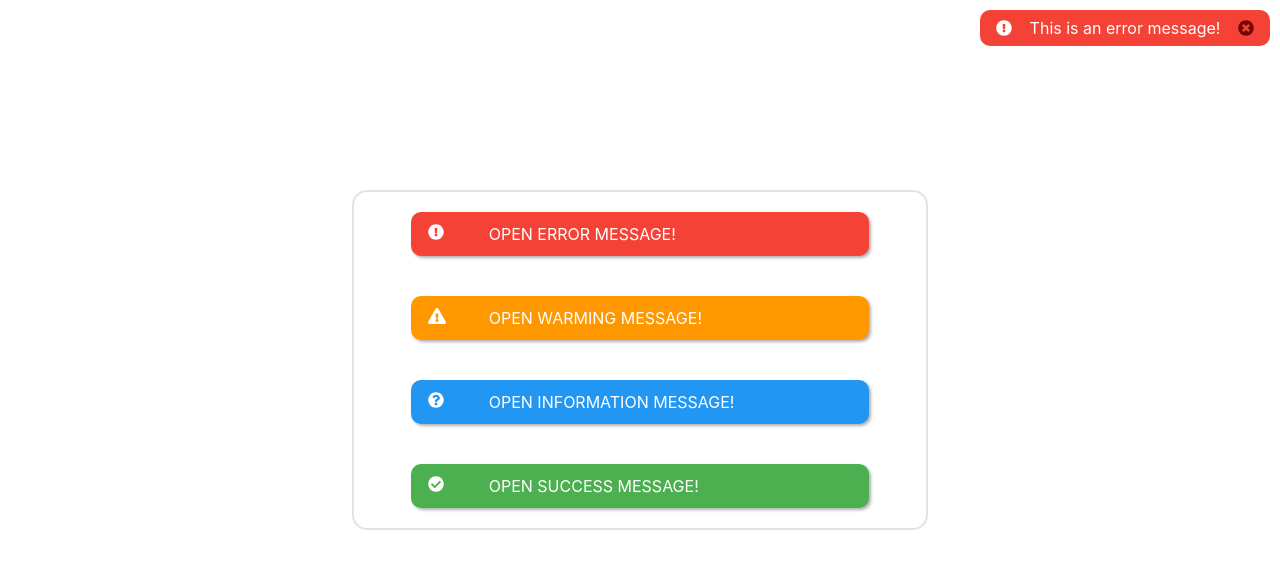
Repository: KrzysKolo/sr_tydzien5_zad2
Page: /, after clicking the first element matching `div.btn`
The author's editor kept a copy of each file at every save. The page is drawn from the files as they stood at one save, then again after the next save.
The browser window is 1280 px wide. The pictures show the whole page.
The pointer rests on the first visible `.close`.
The project was rebuilt for these pictures with package versions that can differ from the ones it lists, and the page was loaded fresh each time.

Above is the page before, as saved 2020-12-28 05:40:11.

### public/index.html
<!DOCTYPE html>
<html lang="en">
  <head>
    <meta charset="utf-8" />
    <link rel="icon" href="%PUBLIC_URL%/favicon.ico" />
    <meta name="viewport" content="width=device-width, initial-scale=1" />
    <meta name="theme-color" content="#000000" />
    <meta
      name="description"
      content="Web site created using create-react-app"
    />
    <link rel="apple-touch-icon" href="%PUBLIC_URL%/logo192.png" />
    <!--
      manifest.json provides metadata used when your web app is installed on a
      user's mobile device or desktop. See https://developers.google.com/web/fundamentals/web-app-manifest/
    -->
    <link rel="manifest" href="%PUBLIC_URL%/manifest.json" />
    <!--
      Notice the use of %PUBLIC_URL% in the tags above.
      It will be replaced with the URL of the `public` folder during the build.
      Only files inside the `public` folder can be referenced from the HTML.

      Unlike "/favicon.ico" or "favicon.ico", "%PUBLIC_URL%/favicon.ico" will
      work correctly both with client-side routing and a non-root public URL.
      Learn how to configure a non-root public URL by running `npm run build`.
    -->
    <title>Zad 2 - snackbar</title>
  </head>
  <body>
    <noscript>You need to enable JavaScript to run this app.</noscript>
    <div id="root"></div>
    <!--
      This HTML file is a template.
      If you open it directly in the browser, you will see an empty page.

      You can add webfonts, meta tags, or analytics to this file.
      The build step will place the bundled scripts into the <body> tag.

      To begin the development, run `npm start` or `yarn start`.
      To create a production bundle, use `npm run build` or `yarn build`.
    -->
  </body>
</html>

### src/App.js
import React from 'react';
import Buttons from './components/Buttons';
import './App.css';
const App = () => {
  return (
    <div className="wrapper--btn">
      <Buttons />
    </div>
  )
}

export default App;

### src/components/Buttons.js
import React from 'react';
import ButtonsData from './../data/ButtonsData';
import Button from './Button';


const Buttons = () => {

    return (
        <>
            {ButtonsData.map(button =>
                <Button key={button.id} data={button} />
            )}

        </>
    )
}

export default Buttons;

### src/App.css
* {
  box-sizing: border-box;
  margin: 0;
}
body {
  width: 100vw;
  height: 100vh;
  display: flex;
  flex-direction: row;
  justify-content: center;
  align-items: center;
}
.wrapper--btn {
  border: 2px solid #e3e3e3;
  border-radius: 15px;
  width: 45vw;
  display: flex;
  flex-direction: column;
  justify-content: center;
  align-items: center;
}
.btn {
  border-radius: 10px;
  color: rgb(240, 239, 244);
  cursor: pointer;
  outline: none;
  padding: 10px 15px;
  margin: 20px;
  width: 80%;
  display: grid;
  grid-template-columns: 0.5fr 3fr;
  box-shadow: 2px 2px 3px rgba(102, 102, 102, 0.5);
  transition: all 0.3s ease-in-out;
}
.snackbar {
  font-size: 1rem;
  padding: 10px 16px;
  border-radius: 10px;
  width: 20%;
  min-width: 290px;
  display: flex;
  flex-direction: row;
  justify-content: space-between;
  line-height: 1rem;
}
.error {
  color: white;
  background: rgb(244, 67, 54);
}
.success {
  color: rgb(124, 0, 0);
  background: rgb(76, 175, 80);
}
.information {
  color: yellow;
  background: rgb(33, 150, 243);
}

.warning {
  background: rgb(255, 152, 0);
  color: black;
}
.top-right {
  position: absolute;
  top: 10px;
  right: 10px;
}
.center-bottom {
  position: absolute;
  bottom: 30px;
  left: calc(100vw-50%);
}
.center-left {
  position: absolute;
  top: 25vh;
  left: 10px;
}
.bottom-right {
  position: absolute;
  bottom: 10px;
  right: 10px;
}
.close {
  color: rgb(119, 5, 5);
  cursor: pointer;
  transition: all 0.3s ease-in-out;
}
.close:hover {
  transform: rotate(90deg);
}

### src/data/ButtonsData.js
const ButtonsData = [
    {
      id: 0,
      name: "OPEN ERROR MESSAGE!",
      color: "rgb(244, 67, 54)",
      icon: "faExclamationCircle",
      type: "error",
      message: "This is an error message!",
      position: "top-right",
    },
    {
      id: 1,
      name: "OPEN WARMING MESSAGE!",
      color: "rgb(255, 152, 0)",
      icon: "faExclamationTriangle",
      type: "warning",
      message: "This is a warning message!",
      position: "center-bottom",
    },
    {
      id: 2,
      name: "OPEN INFORMATION MESSAGE!",
      color: "rgb(33, 150, 243)",
      icon: "faQuestionCircle",
      type: "information",
      message: "This is an information message!",
      position:"center-left",
    },
    {
      id: 3,
      name: "OPEN SUCCESS MESSAGE!",
      color: "rgb(76, 175, 80)",
      icon: "faCheckCircle",
      type: "success",
      message: "This is a success message!",
      position: "bottom-right",
    },

  ]
 export default ButtonsData;

### src/components/Button.js
import React, { useState } from 'react';
import Icons from './Icons';
import Snackbar from './Snackbar';


const Button = ({data } ) => {

    const [isHover, setIsHover] = useState(false);
    const OutStyle = {
        border: `2px solid ${data.color}`,
        background: data.color,
        color: "#fff",
      };

      const OverStyle = {
        border: `2px solid ${data.color}`,
        backgroundColor: "#fff",
        color: data.color,

      };
    const [shownSnackbar, setShownSnackbar] = useState(false);
    const handleOpenSnackbar = () => {

        setShownSnackbar(true);

    };
    const handleCloseSnackbar = () => {

        setShownSnackbar(false);

    };
    return (
        <>

        <div className="btn"
        /* onClick={() => switchFunction(event)} */
        onClick={handleOpenSnackbar}
        style={isHover ? OverStyle : OutStyle}
        onMouseOver={() => setIsHover(true)}
        onMouseOut={() => setIsHover(false)}>
            <Icons icon={data.icon}/>
             {data.name}
        </div>
        {shownSnackbar && <Snackbar type={data.type} position={data.position} message={data.message} icon={data.icon} close={handleCloseSnackbar}/>}
        </>
    )
}

export default Button;

### src/components/Icons.js
import React from 'react';
import { FontAwesomeIcon } from '@fortawesome/react-fontawesome';
import { faCheckCircle, faQuestionCircle, faExclamationTriangle, faExclamationCircle } from '@fortawesome/free-solid-svg-icons';

const Icons = ({icon}) => {

        switch (icon) {
            case 'faExclamationCircle': return <FontAwesomeIcon icon={faExclamationCircle} />;
            case 'faExclamationTriangle': return <FontAwesomeIcon icon={faExclamationTriangle} />;
            case 'faQuestionCircle': return <FontAwesomeIcon icon={faQuestionCircle} />;
            case 'faCheckCircle': return <FontAwesomeIcon icon={faCheckCircle} />;
            default: return null;
            }



}

export default Icons;

### src/components/Snackbar.js
import React from 'react';
import Icons from './Icons';
import { FontAwesomeIcon } from '@fortawesome/react-fontawesome';
import { faTimesCircle } from '@fortawesome/free-solid-svg-icons';
const Snackbar = ({type, message, icon, position, close}) => {
    return (
        <div className={`snackbar ${type} ${position}`}>
           <Icons icon={icon} />{message}
           <FontAwesomeIcon className="close" icon={faTimesCircle} onClick={close}/>
        </div>
    )
}

export default Snackbar

Loaded but not shown: src/index.js (common file); src/index.css (common file); public/manifest.json (common file)

After the next save:
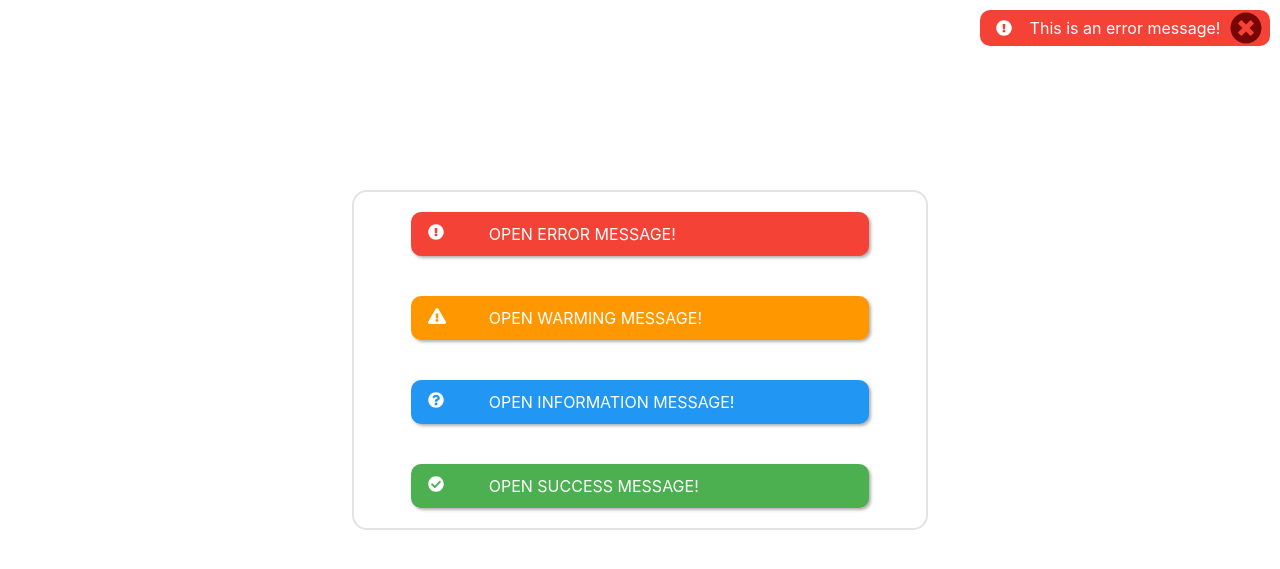
Saved 2 min 6 s later.
--- a/src/App.css
+++ b/src/App.css
@@ -86,5 +86,5 @@ body {
   transition: all 0.3s ease-in-out;
 }
 .close:hover {
-  transform: rotate(90deg);
+  transform: rotate(90deg) scale(2);
 }
